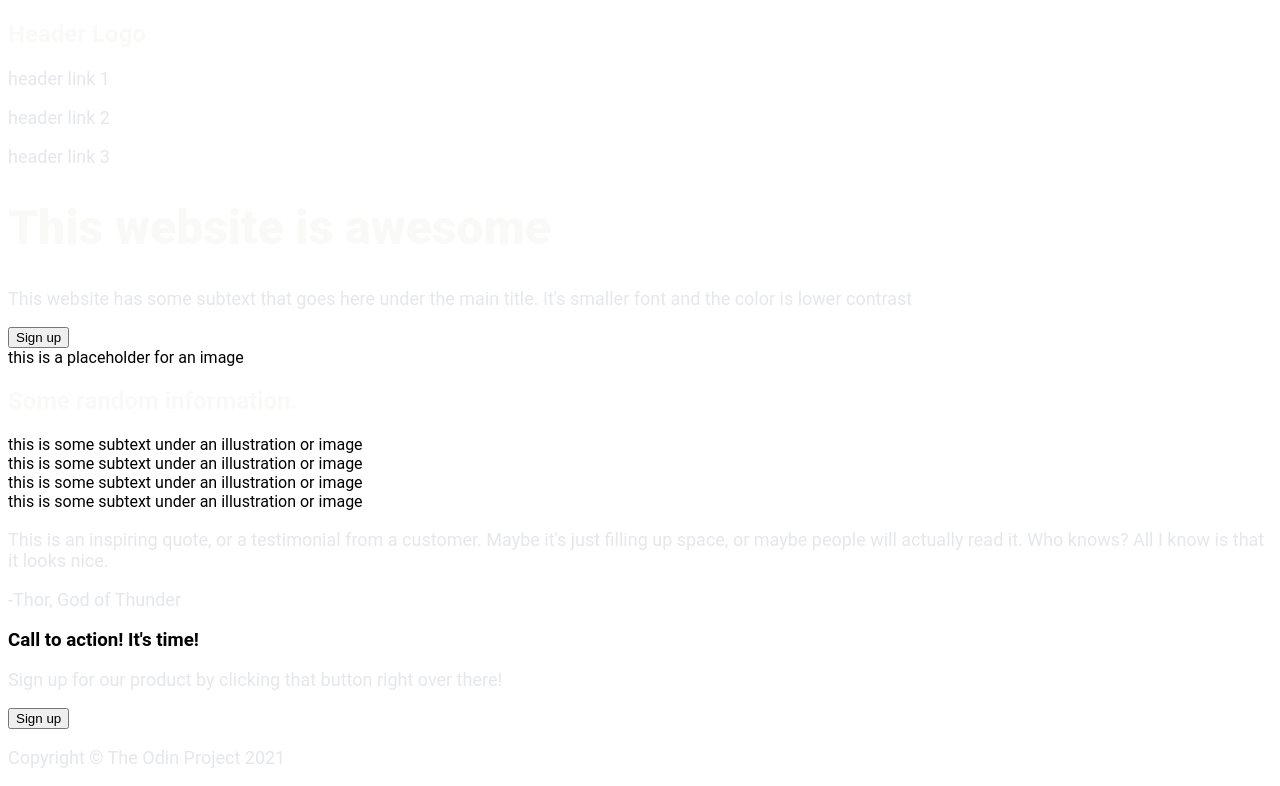
Repository: rsoetydev/landing-page
Page: index.html
An editor plug-in stored every save of this project. The page is shown before and after the next save, followed by the edit.
The browser window is 1280 px wide. The pictures show the whole page.

Above is the page before, as saved 2023-11-27 15:38:50.

After the next save:
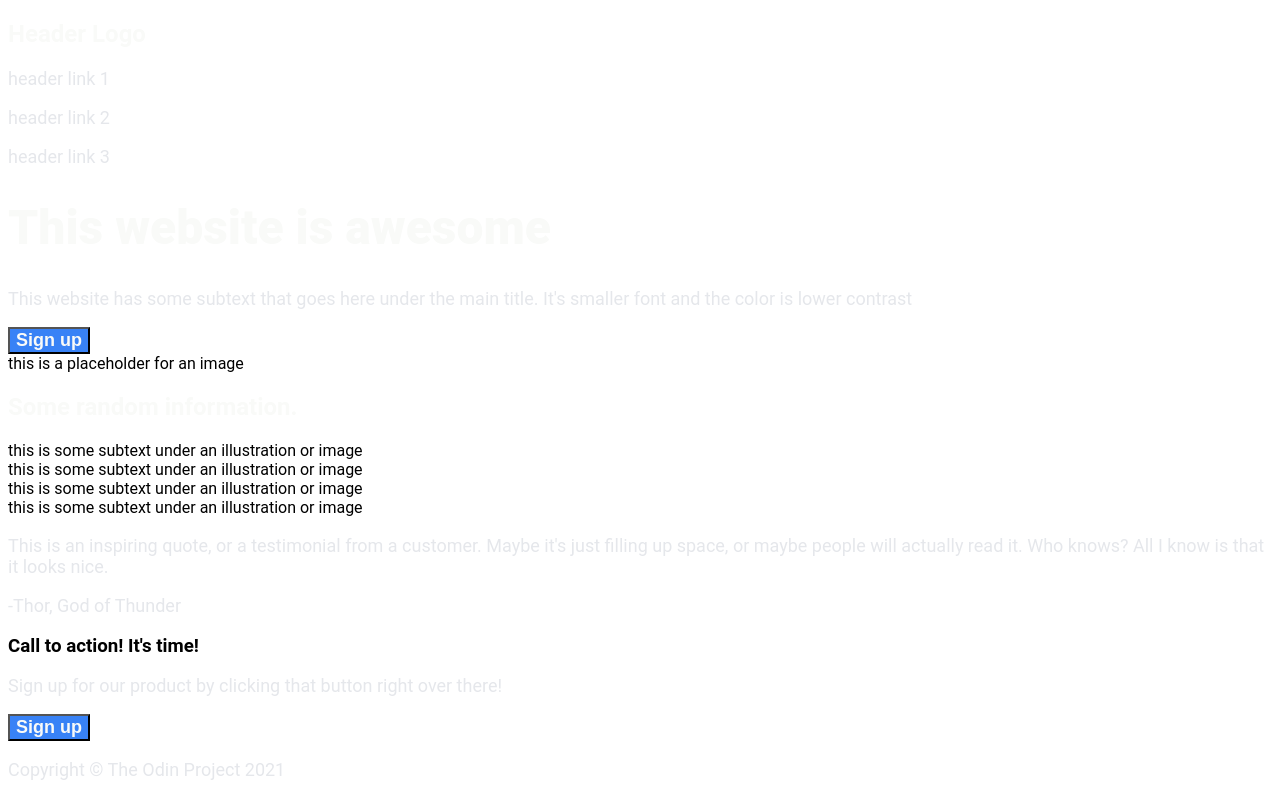
Saved 3 min 6 s later.
--- a/style.css
+++ b/style.css
@@ -33,3 +33,17 @@ h2{
     color:var(--dark);
     font-weight: 900;
 }
+
+#quote-text {
+    font-size: 36px;
+    font-style: italic;
+    font-weight: 200;
+    color:var(--dark);
+}
+
+button{
+    background-color: var(--blue);
+    color:var(--white);
+    font-size: 18px;
+    font-weight: 600;
+}
